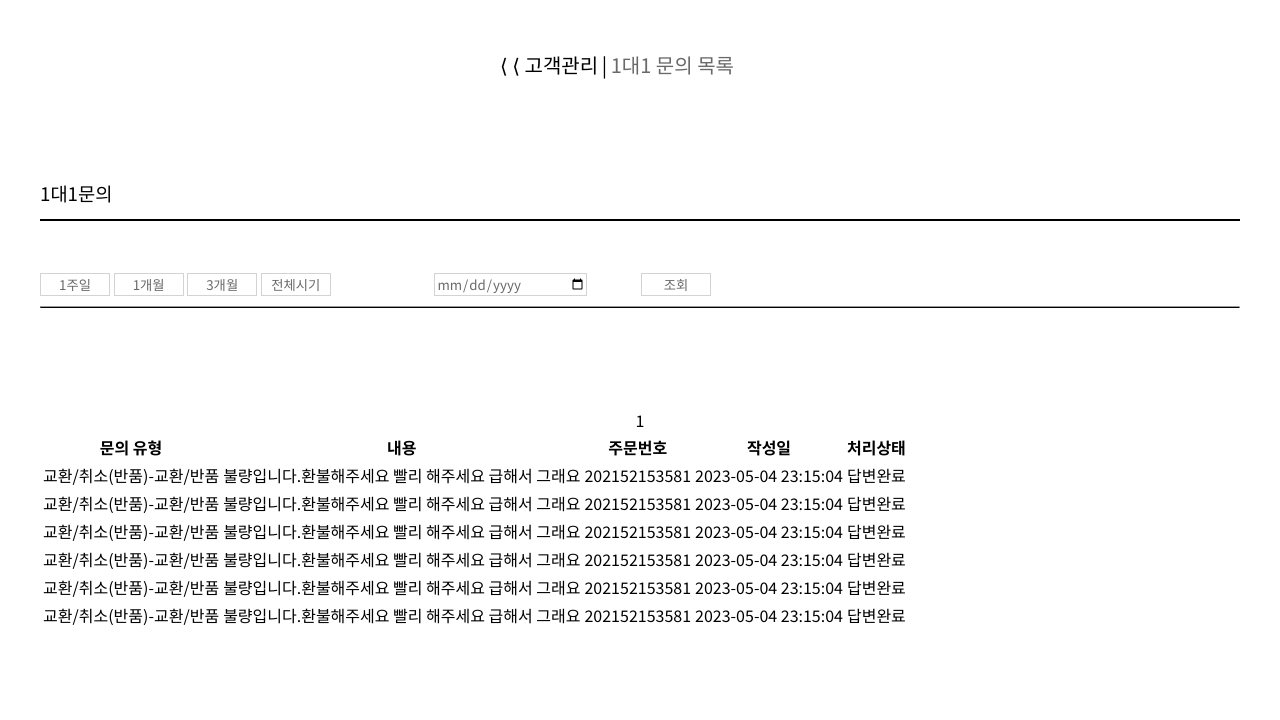
Repository: mcw9503/PassionForFashion
Page: Semi_Project/src/main/webapp/WEB-INF/QnaPage2.html
The author's editor kept a copy of each file at every save. The page is drawn from the files as they stood at one save, then again after the next save.
The browser window is 1280 px wide. The pictures show the whole page.

Above is the page before, as saved 2023-05-08 13:13:39.

### Semi_Project/src/main/webapp/WEB-INF/QnaPage2.html
<!DOCTYPE html>
<html>
<head>
<meta charset="UTF-8">
<title>Insert title here</title>
<link href="https://fonts.googleapis.com/earlyaccess/notosanskr.css"
	rel="stylesheet">
</head>

<style>

* {
	outline: none;
	margin: 0;
	font-family: 'Noto Sans KR', sans-serif;
}

input[id*="answer"] {
	display: none;
}

input[id*="answer"] + label {
	display:block;
	padding:20px;
	border:1px solid black;
	border-top:2px solid black;
	border-bottom: 1px solid lightgray;
	color:black;
	font-weight:200;
	background: white;
	position: relative;
}


input[id*="answer"] + label h3 {
	position: absolute;
	top: 50%;
	right:10px;
	width:80px;
	height:30px;
	margin-top: -15px;
	border-top: none:
	background: white;
	font-weight: 200;
}

input[id*="answer"] + label span {
	position: absolute;
	top: 30%;
	right:200px;
}



input[id*="answer"] + label + div {
	max-height: 0;
	transition: all .35s;
	overflow: hidden;
	background: white;
	font-size: 11px;
	border-left: 1px solid lightgray;
	border-right: 1px solid lightgray;
}

input[id*="answer"] + label + div:last-child{
	border-bottom : 1px solid black;
}

input[id*="answer"] + label + div p {
	display:inline-block;
	padding:20px;
}

input[id*="answer"]:checked + label + div {
	max-height: 500px;
}
.qnaCategoy {
font-weight: 500;
}
hr{
border-bottom: 1px solid black;
}
div button {
	color: dimgray;
	background:white;
	border: 1px solid lightgray;
	margin-bottom: 10px;
	width: 70px;
}

div button:active{
	color: black;
	background:white;
	border: 0.5px solid black;
}

div form input {
	color: dimgray;
	background:white;
	border: 1px solid lightgray;
	margin-bottom: 10px;
	width: 70px;
}

div form input:active {
	color: black;
	background:white;
	border: 0.5px solid black;
}



</style>
<body>
	<div style="display:inline-block; margin-left: 500px; margin-bottom: 100px; margin-top: 50px; font-size: 20px;">&lang; &lang; 고객관리 </div>
	<span style="font-size: 20px;">|</span>
	 <span style="color:dimgray;font-size: 20px;">  1대1 문의 목록</span>

	<div class="qnaWrap" style="width: 1200px; margin: auto;" >

		<h3 style="font-weight: 400; margin-bottom: 30px; border-bottom: 2px solid black; height: 40px;"> 1대1문의</h3>
		<div style="margin-top: 50px;">
			<form>
				<button type="button">1주일</button>
				<button type="button">1개월</button>
				<button type="button">3개월</button>
				<button type="button" name="date">전체시기</button>
				<input type="date" name="date" style="width:  150px; margin-left: 100px; margin-right: 50px;">
				<input type="submit" name="submit" value="조회">
			</form>
		</div>

		<hr style="margin-bottom: 10px; font-weight: 800; color:black;">

	<table>
		<thead style="text-align: center;">
			<tr>
				<th>문의 유형</th>
				<th>내용</th>
				<th>주문번호</th>
				<th>작성일</th>
				<th>처리상태</th>
			</tr>
		</thead>

		<tbody>
			<tr>
				<td>교환/취소(반품)-교환/반품</td>
				<td>불량입니다.환불해주세요 빨리 해주세요 급해서 그래요</td>
				<td>202152153581</td>
				<td>2023-05-04 23:15:04</td>
				<td><span>답변완료</span></td>
			</tr>
			<tr>
				<td>교환/취소(반품)-교환/반품</td>
				<td>불량입니다.환불해주세요 빨리 해주세요 급해서 그래요</td>
				<td>202152153581</td>
				<td>2023-05-04 23:15:04</td>
				<td><span>답변완료</span></td>
			</tr>
			<tr>
				<td>교환/취소(반품)-교환/반품</td>
				<td>불량입니다.환불해주세요 빨리 해주세요 급해서 그래요</td>
				<td>202152153581</td>
				<td>2023-05-04 23:15:04</td>
				<td><span>답변완료</span></td>
			</tr>
			<tr>
				<td>교환/취소(반품)-교환/반품</td>
				<td>불량입니다.환불해주세요 빨리 해주세요 급해서 그래요</td>
				<td>202152153581</td>
				<td>2023-05-04 23:15:04</td>
				<td><span>답변완료</span></td>
			</tr>
			<tr>
				<td>교환/취소(반품)-교환/반품</td>
				<td>불량입니다.환불해주세요 빨리 해주세요 급해서 그래요</td>
				<td>202152153581</td>
				<td>2023-05-04 23:15:04</td>
				<td><span>답변완료</span></td>
			</tr>
			<tr>
				<td>교환/취소(반품)-교환/반품</td>
				<td>불량입니다.환불해주세요 빨리 해주세요 급해서 그래요</td>
				<td>202152153581</td>
				<td>2023-05-04 23:15:04</td>
				<td><span>답변완료</span></td>
			</tr>
		</tbody>

		<div class="pageNum" style="margin-top: 100px; text-align: center;">1</div>

	</div>



	<script>
	window.onload = function(){
	const qnaAnswer = document.querySelectorAll(".qnaAnswer");
	const ansComplete = document.querySelectorAll(".ansComplete");


		for(i=0; i<qnaAnswer.length; i++){
			if(qnaAnswer[i].innerText == ""){
				ansComplete[i].innerText="답변하기";
			}else{
				ansComplete[i].innerText = "수정하기";
			}

		}



	}

	</script>

</body>
</html>

After the next save:
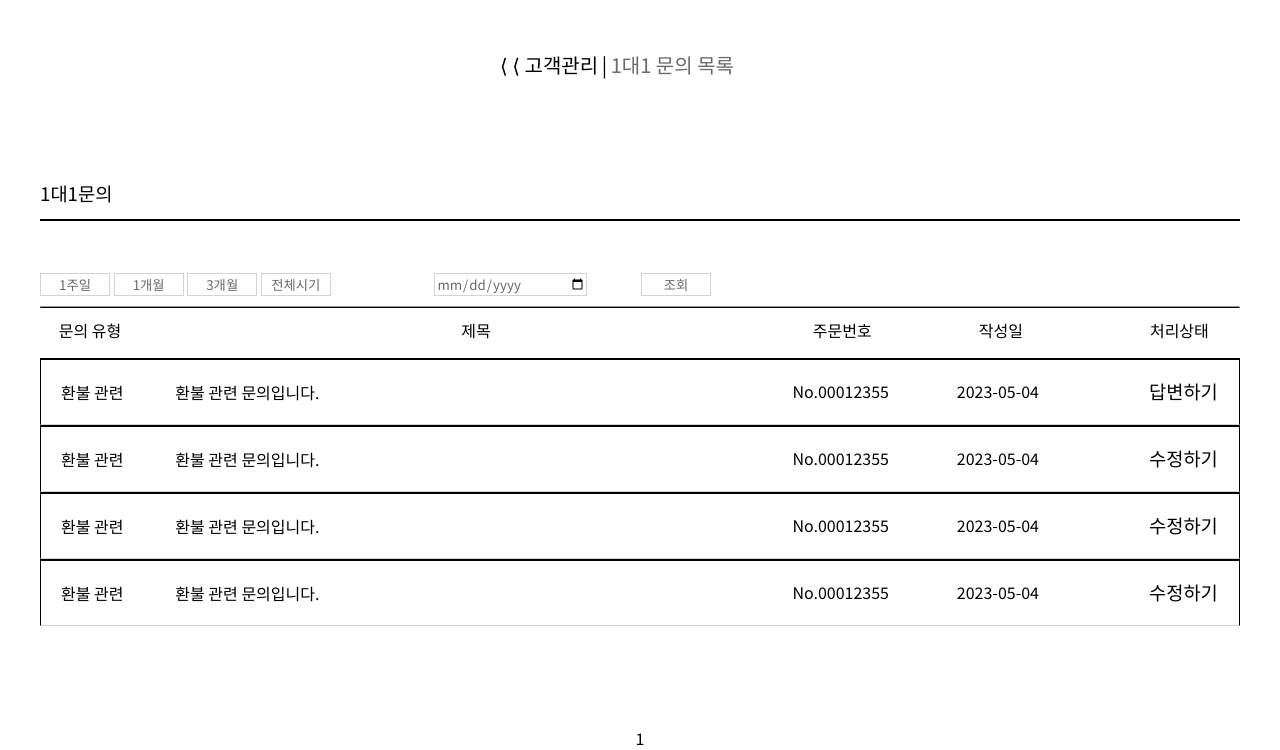
Saved 34 s later.
--- a/Semi_Project/src/main/webapp/WEB-INF/QnaPage2.html
+++ b/Semi_Project/src/main/webapp/WEB-INF/QnaPage2.html
@@ -132,61 +132,69 @@ div form input:active {
 
 		<hr style="margin-bottom: 10px; font-weight: 800; color:black;">
 
-	<table>
-		<thead style="text-align: center;">
-			<tr>
-				<th>문의 유형</th>
-				<th>내용</th>
-				<th>주문번호</th>
-				<th>작성일</th>
-				<th>처리상태</th>
-			</tr>
-		</thead>
-
-		<tbody>
-			<tr>
-				<td>교환/취소(반품)-교환/반품</td>
-				<td>불량입니다.환불해주세요 빨리 해주세요 급해서 그래요</td>
-				<td>202152153581</td>
-				<td>2023-05-04 23:15:04</td>
-				<td><span>답변완료</span></td>
-			</tr>
-			<tr>
-				<td>교환/취소(반품)-교환/반품</td>
-				<td>불량입니다.환불해주세요 빨리 해주세요 급해서 그래요</td>
-				<td>202152153581</td>
-				<td>2023-05-04 23:15:04</td>
-				<td><span>답변완료</span></td>
-			</tr>
-			<tr>
-				<td>교환/취소(반품)-교환/반품</td>
-				<td>불량입니다.환불해주세요 빨리 해주세요 급해서 그래요</td>
-				<td>202152153581</td>
-				<td>2023-05-04 23:15:04</td>
-				<td><span>답변완료</span></td>
-			</tr>
-			<tr>
-				<td>교환/취소(반품)-교환/반품</td>
-				<td>불량입니다.환불해주세요 빨리 해주세요 급해서 그래요</td>
-				<td>202152153581</td>
-				<td>2023-05-04 23:15:04</td>
-				<td><span>답변완료</span></td>
-			</tr>
-			<tr>
-				<td>교환/취소(반품)-교환/반품</td>
-				<td>불량입니다.환불해주세요 빨리 해주세요 급해서 그래요</td>
-				<td>202152153581</td>
-				<td>2023-05-04 23:15:04</td>
-				<td><span>답변완료</span></td>
-			</tr>
-			<tr>
-				<td>교환/취소(반품)-교환/반품</td>
-				<td>불량입니다.환불해주세요 빨리 해주세요 급해서 그래요</td>
-				<td>202152153581</td>
-				<td>2023-05-04 23:15:04</td>
-				<td><span>답변완료</span></td>
-			</tr>
-		</tbody>
+		<div style="display: inline-block; text-align: center; width: 100px; height: 40px;">
+			<p>문의 유형</p>
+		</div>
+		<div style="display: inline-block; text-align: center; width: 665px; height: 40px;">
+			<p> 제목 </p>
+		</div>
+		<div style="display: inline-block; text-align: center; width: 60px; height: 40px; margin-right:75px;">
+			<p> 주문번호 </p>
+		</div>
+		<div style="display: inline-block; text-align: center; width: 100px; height: 40px; margin-right: 80px;">
+			<p> 작성일 </p>
+		</div>
+		<div style="display: inline-block; text-align: center; width: 90px; height: 40px; ">
+			<p> 처리상태 </p>
+		</div>
+
+		<input type="checkbox" id="answer01">
+		<label for="answer01">
+		<div class="qnaCategoy" style="display: inline-block; width: 100px;">환불 관련</div>
+		&nbsp;&nbsp;
+		환불 관련 문의입니다.
+		<span style="margin-right: 150px;">No.00012355</span>
+		<span>2023-05-04</span>
+		<h3 class="ansComplete"style="margin-left: 15px; ">답변하기</h3></label>
+		<div>
+			<p class="qnaAnswer"></p>
+		</div>
+
+		<input type="checkbox" id="answer02">
+		<label for="answer02">
+		<div class="qnaCategoy" style="display: inline-block; width: 100px;">환불 관련</div>
+		&nbsp;&nbsp;
+		환불 관련 문의입니다.
+		<span style="margin-right: 150px;">No.00012355</span>
+		<span>2023-05-04</span>
+		<h3 class="ansComplete" style="margin-left: 15px;"></h3></label>
+		<div>
+			<p class="qnaAnswer">답변완료 해드렸습니다.</p>
+		</div>
+
+		<input type="checkbox" id="answer03">
+		<label for="answer03">
+		<div class="qnaCategoy" style="display: inline-block; width: 100px;">환불 관련</div>
+		&nbsp;&nbsp;
+		환불 관련 문의입니다.
+		<span style="margin-right: 150px;">No.00012355</span>
+		<span>2023-05-04</span><h3 class="ansComplete" style="margin-left: 15px;">답변하기</h3></label>
+		<div>
+			<p class="qnaAnswer">답변완료 해드렸습니다. 다른 문의는 더 필요 없으신가요.
+			저희 쇼핑몰을 이용해주셔서 감사드립니다. 좋은 하루 보내세요.</p>
+		</div>
+
+		<input type="checkbox" id="answer04">
+		<label for="answer04">
+		<div class="qnaCategoy" style="display: inline-block; width: 100px;">환불 관련</div>
+		&nbsp;&nbsp;
+		환불 관련 문의입니다.
+		<span style="margin-right: 150px;">No.00012355</span>
+		<span>2023-05-04</span><h3  class="ansComplete" style="margin-left: 15px;">답변하기</h3></label>
+		<div>
+			<p class="qnaAnswer">답변완료 해드렸습니다. 다른 문의는 더 필요 없으신가요.
+			저희 쇼핑몰을 이용해주셔서 감사드립니다. 좋은 하루 보내세요.</p>
+		</div>
 
 		<div class="pageNum" style="margin-top: 100px; text-align: center;">1</div>
 
